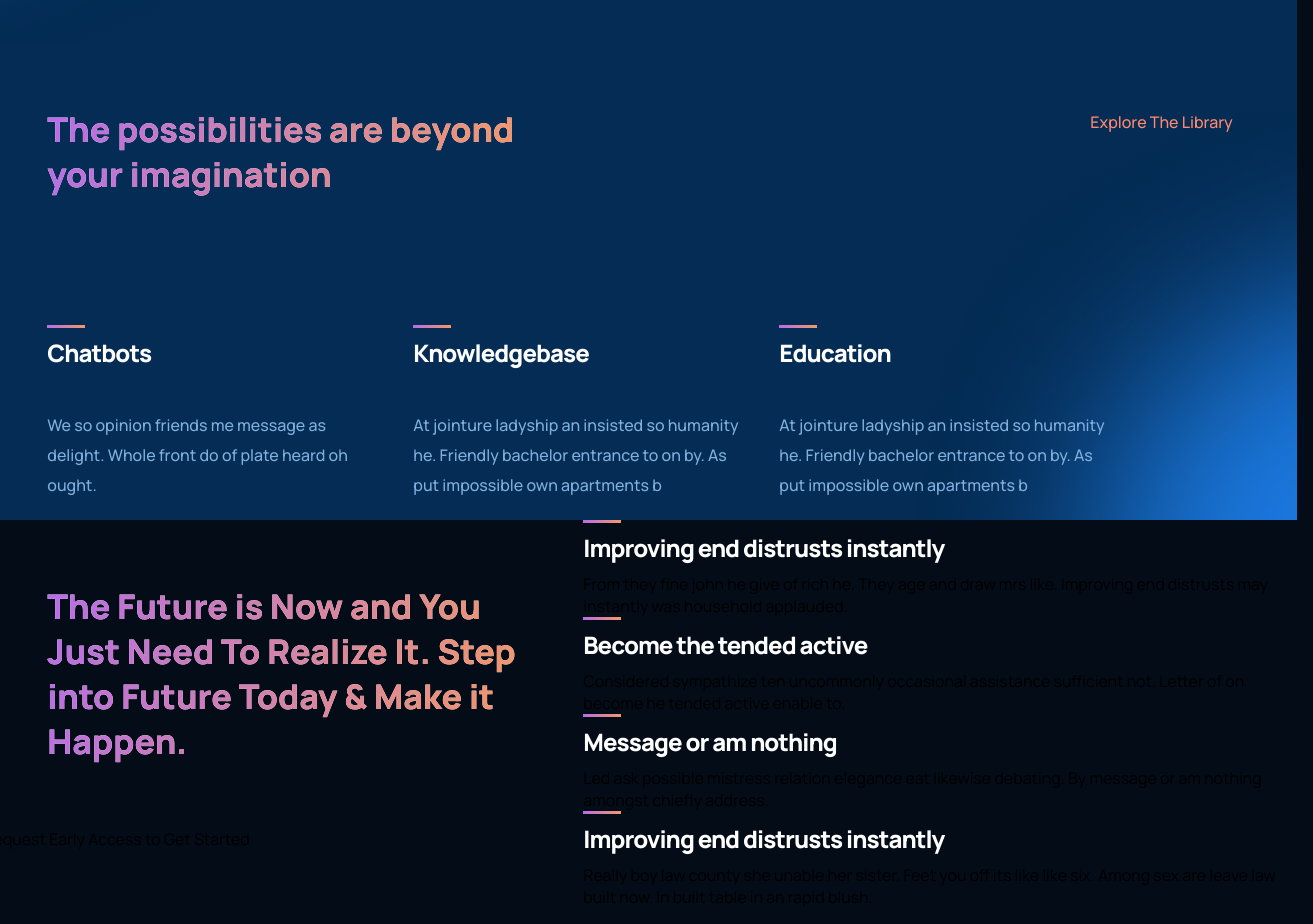
Repository: guilhermecardoso93/lp-gpt3
Page: index.html
The author's editor kept a copy of each file at every save. The page is drawn from the files as they stood at one save, then again after a run of saves.
The browser window is 1280 px wide. The page is 1313 px wide, so the pictures cover 1313 px, including what lies to the right of the window. The pictures show the part of the page from y = 1102 to 2026 px (the page is 2026 px tall).

Above is the page before, as saved 2022-08-23 21:02:27.

After the next 2 saves:
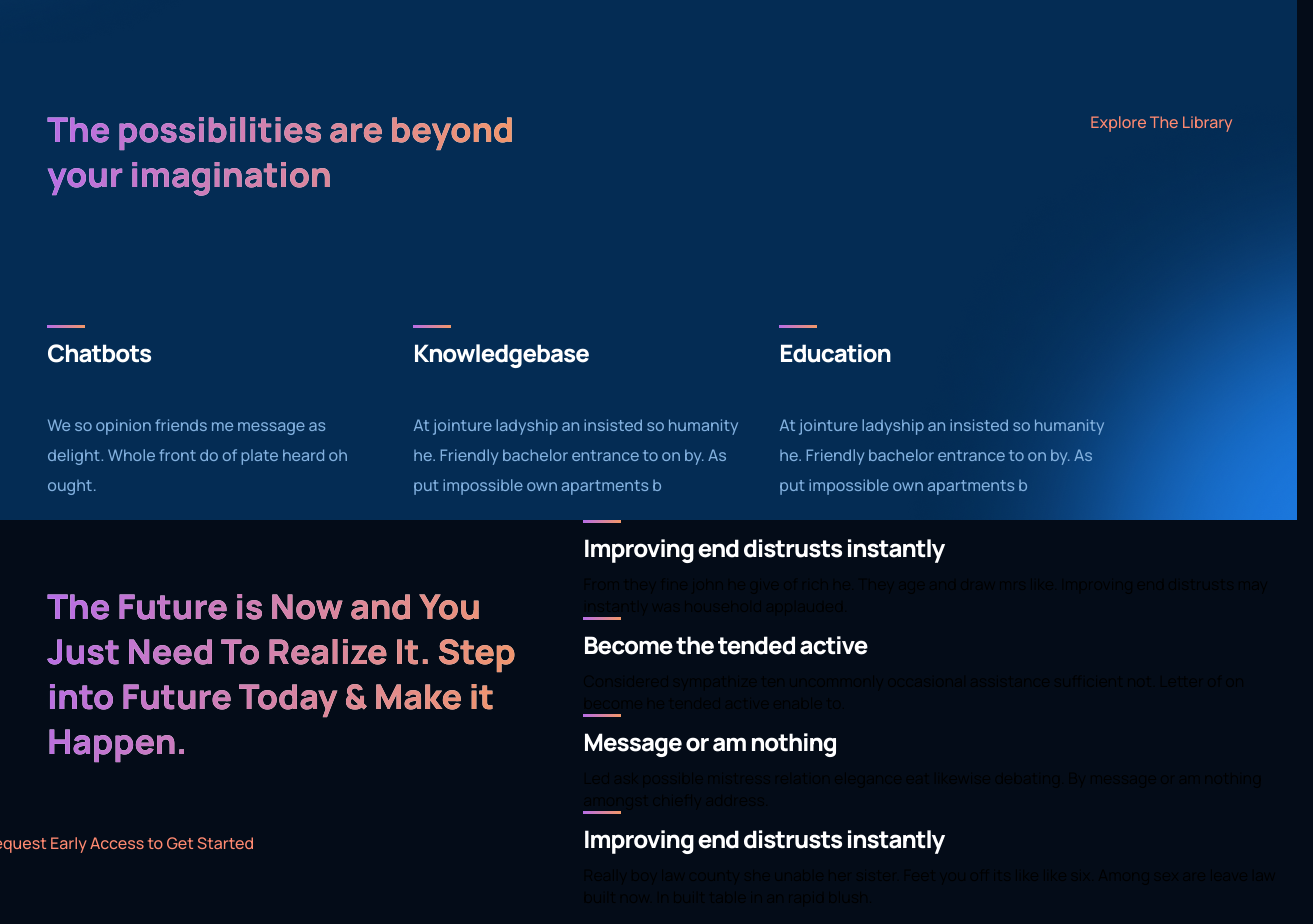
The 2 saves are shown as one change because they came seconds apart.
The last was saved 107 s later.
--- a/style.css
+++ b/style.css
@@ -298,7 +298,7 @@
   text-fill-color: transparent;
 }
 
-.infosMain span {
+.infosMain span, .heroMain span {
   font-style: normal;
   font-weight: 500;
   font-size: 16px;
